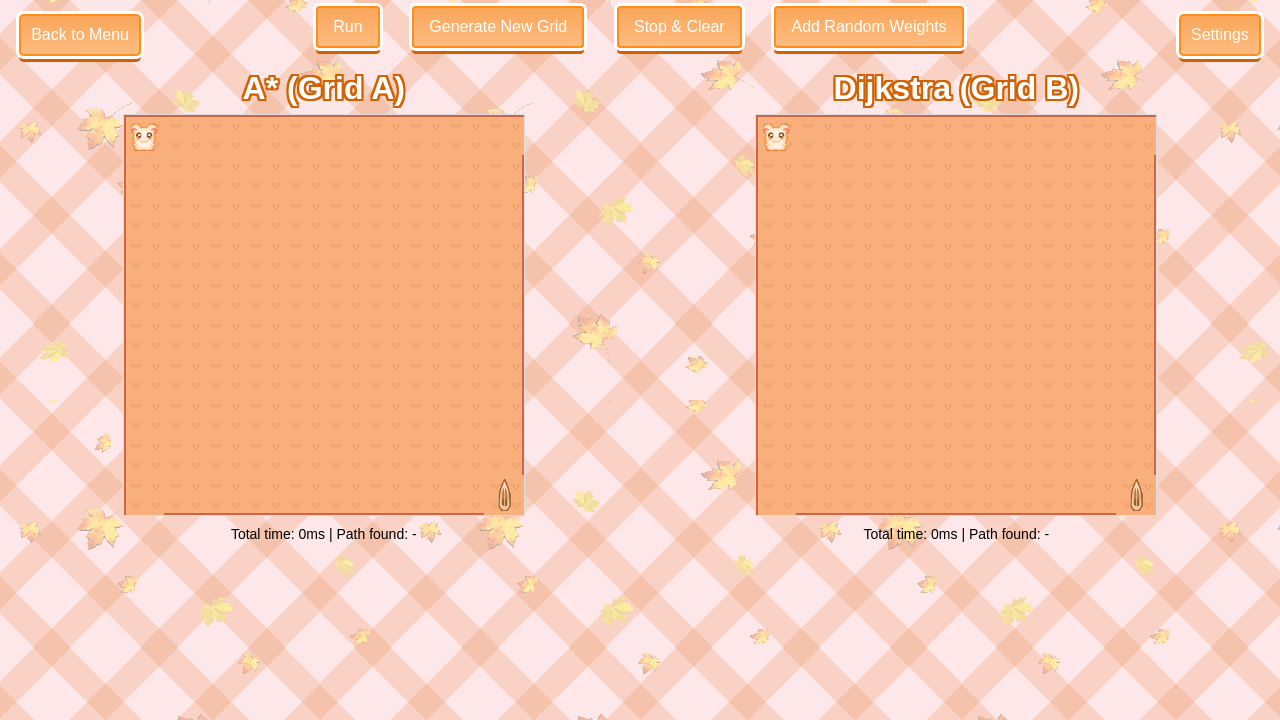
Repository: ramosfranz/Hamster-Crossing
Page: src/game.html
The author's editor kept a copy of each file at every save. The page is drawn from the files as they stood at one save, then again after the next save.
The browser window is 1280 px wide. The pictures show the whole page.
Some web fonts or font styles are not loaded; a fallback is used.

Above is the page before, as saved 2025-05-14 22:52:44.

After the next save:
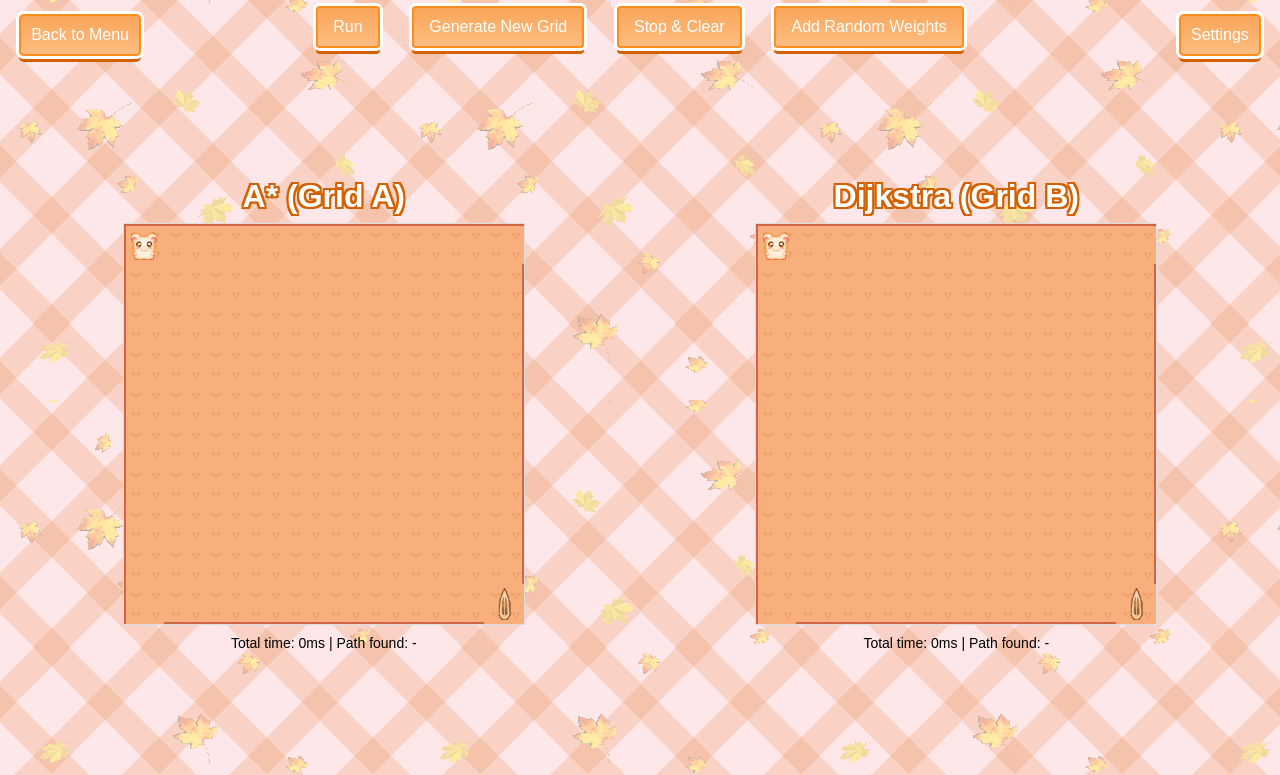
Saved 12 min 41 s later.
--- a/src/styles/gameStyle.css
+++ b/src/styles/gameStyle.css
@@ -82,6 +82,8 @@ h3 {
     flex-wrap: wrap;
     justify-content: center;
     gap: 20px;
+    min-height: 100vh; /* Ensures it takes at least the full height of the viewport */
+    align-items: center; /* Vertically centers the content */
 }
 .canvas-container {
     display: flex;
